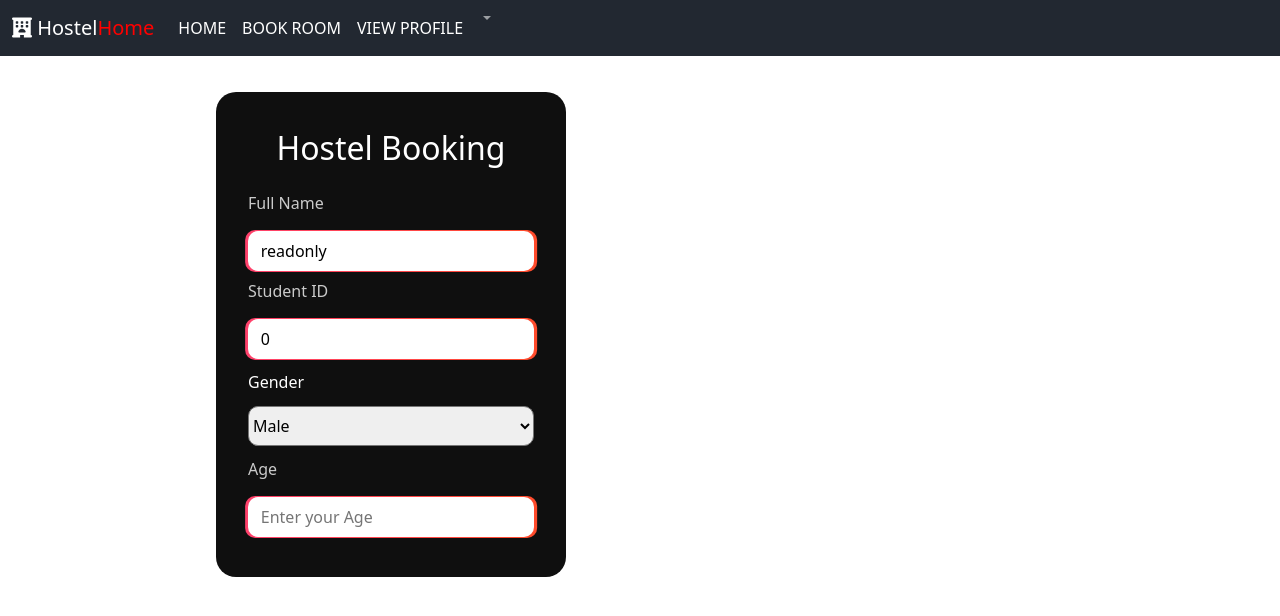
Repository: SparshGarg1/Hostel_Managment_System
Page: http://localhost/Hostel/studentviewappoinment.jsp
An editor plug-in stored every save of this project. The page is shown before and after the next save, followed by the edit.
The browser window is 1280 px wide. The pictures show the whole page.
Some web libraries are served in a nearby version. The page is served by Tomcat 9. Queries for data that is not in the repository find no rows.

Above is the page before, as saved 2023-06-18 07:18:02.

After the next save:
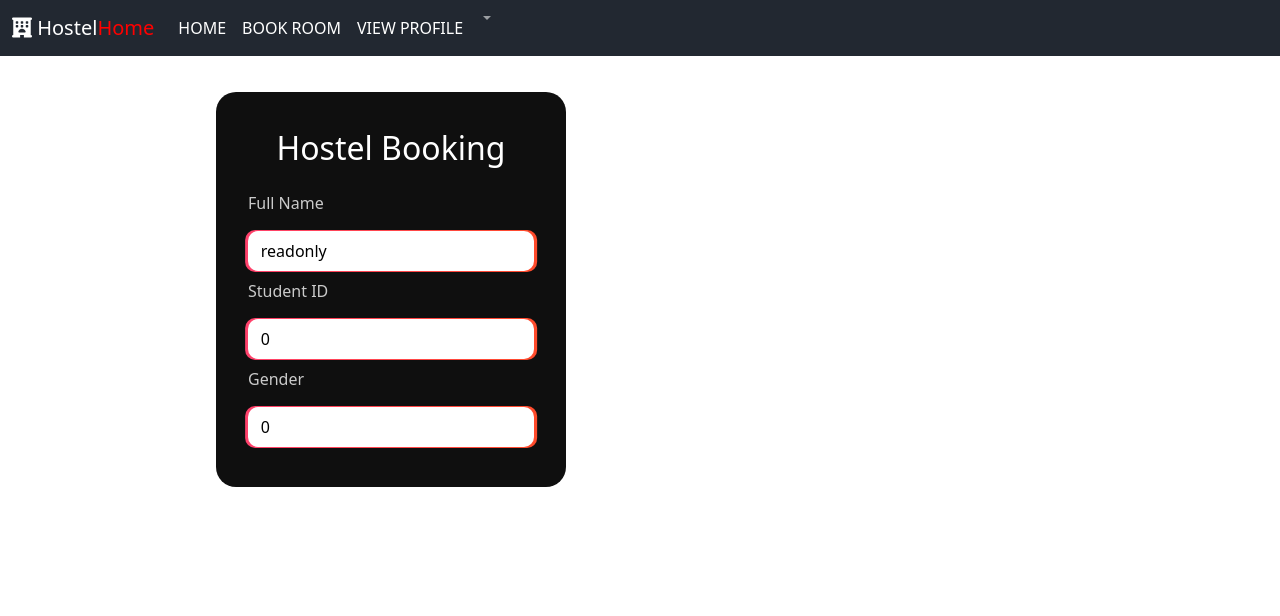
Saved 28 s later.
--- a/Hostel/WebContent/studentviewappoinment.jsp
+++ b/Hostel/WebContent/studentviewappoinment.jsp
@@ -190,19 +190,12 @@
                 <input value=<%=id%> readonly>
             </div>
         </div>
-        <label for="gender" class="bo">Gender</label>
-            <select id="gender" name="gender" >
-             <option value="Male">Male</option>
-             <option value="Female">Female</option>
-             <option value="Others">Others</option>
-        </select>
         <div class="bo">
-            <p>Age</p>
+            <p>Gender</p>
             <div>
-                <input type="text" name="age" placeholder="Enter your Age" required>
+                <input value=<%=id%> readonly>
             </div>
         </div>
-
 
 
 
